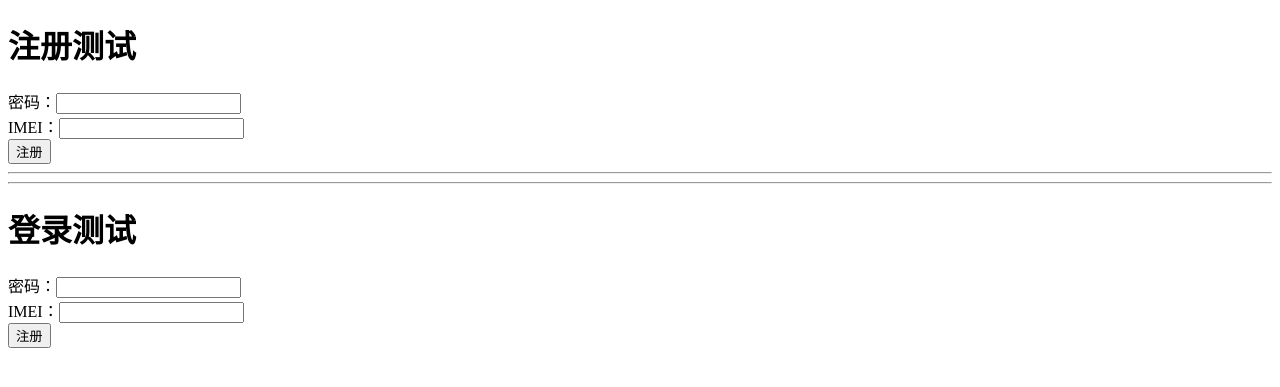
Repository: FlyToper/ActCode
Page: Application/ActivationCode/Home/View/User/show.html
These files come from the project's save history. The page is drawn as it stood at one moment and after the next save; the edit follows.
The browser window is 1280 px wide. The pictures show the whole page.

Above is the page before, as saved 2016-07-27 01:53:42.

### Application/ActivationCode/Home/View/User/show.html
<!DOCTYPE html>
<html>
<head>
<meta charset="UTF-8">
<title>测试页面</title>
</head>
<body>
	<h1>注册测试</h1>
	<form action="/User/register" method="post">
		密码：<input tyepe="text" name="Password"><br> IMEI：<input
			tyepe="text" name="Imei"><br> <input type="submit"
			value="注册">
	</form>
	<hr>
	<hr>

	<h1>登录测试</h1>
	<form action="/User/register" method="post">
		密码：<input tyepe="text" name="Password"><br> IMEI：<input
			tyepe="text" name="Imei"><br> <input type="submit"
			value="注册">
	</form>
</body>
</html>

After the next save:
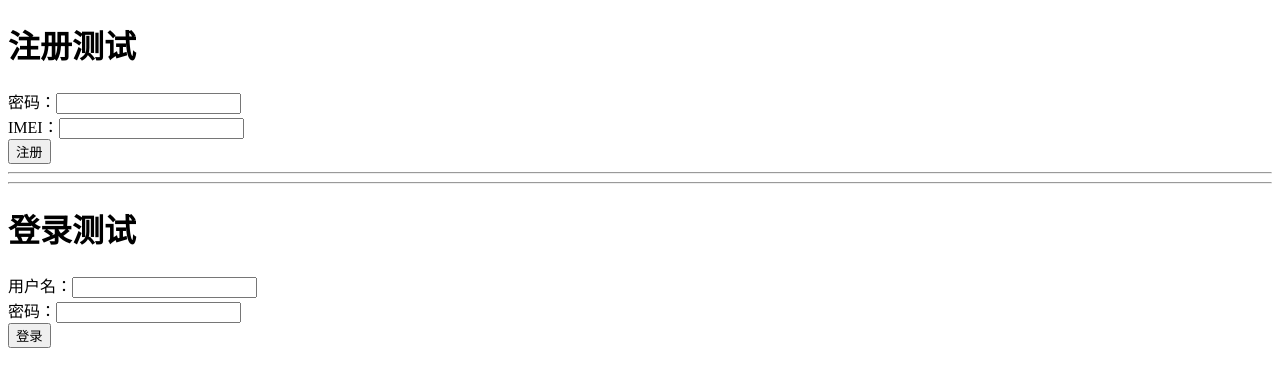
Saved 54 s later.
--- a/Application/ActivationCode/Home/View/User/show.html
+++ b/Application/ActivationCode/Home/View/User/show.html
@@ -15,10 +15,10 @@
 	<hr>
 
 	<h1>登录测试</h1>
-	<form action="/User/register" method="post">
-		密码：<input tyepe="text" name="Password"><br> IMEI：<input
-			tyepe="text" name="Imei"><br> <input type="submit"
-			value="注册">
+	<form action="/User/checkLogin" method="post">
+		用户名：<input type="text" name="UserName" ><br>
+		密码：<input type="text" name="Password"><br>
+		<input type="submit" value="登录">
 	</form>
 </body>
 </html>
